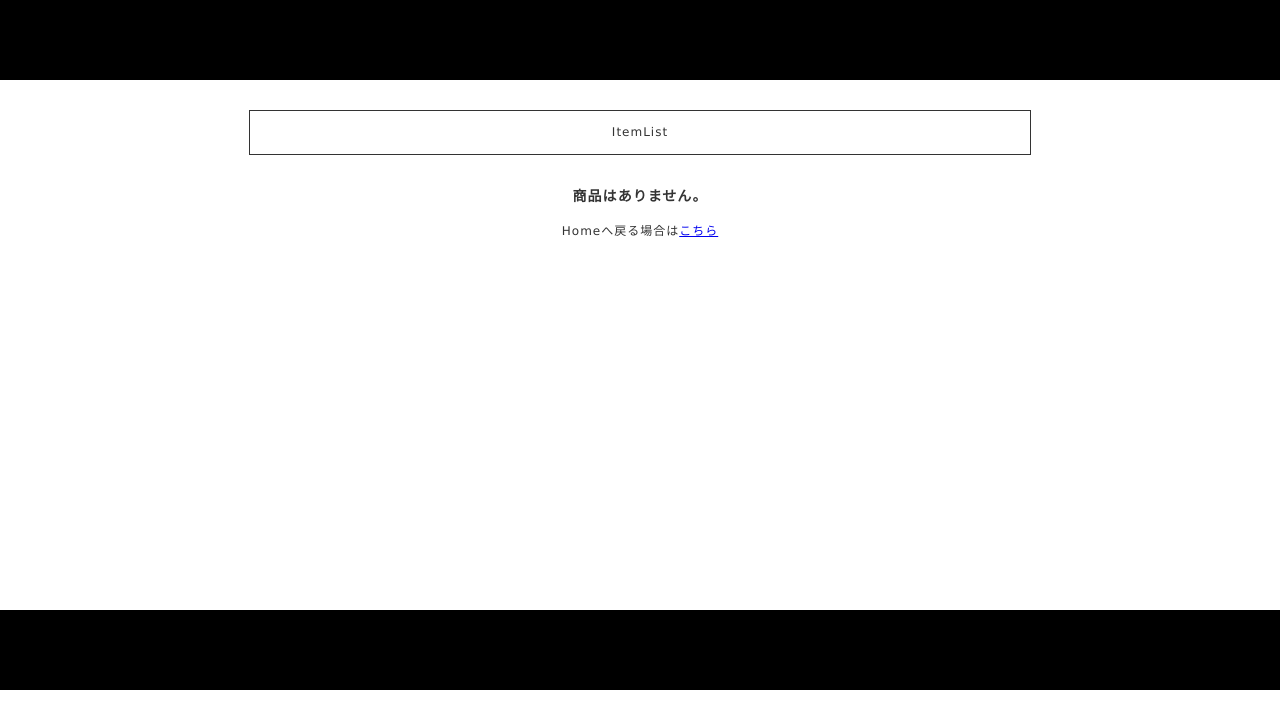
Repository: user-yo-yo/test
Page: http://localhost/ecsite/itemList.jsp
The author's editor kept a copy of each file at every save. The page is drawn from the files as they stood at one save, then again after the next save.
The browser window is 1280 px wide. The pictures show the whole page.
The page is served by Tomcat 9. Other server files are loaded and not shown.

Above is the page before, as saved 2019-03-14 04:23:27.

### ecsite/WebContent/itemList.jsp
<%@ page language="java" contentType="text/html; charset=UTF-8"
    pageEncoding="UTF-8"%>
<%@ taglib prefix="s" uri="/struts-tags"%>
<!DOCTYPE html>
<html>
<head>
<meta http-equiv="Content-Type" content="text/html; charset=UTF-8" />
<meta http-equiv="Content-Style-Type" content="text/css" />
<meta http-equiv="Content-Script-Type" content="text/javascript" />
<meta http-equiv="imagetoolbar" content="no" />
<meta name="description" content="" />
<meta name="keywords" content="" />
<title>ItemList画面</title>

<style type="text/css">
/* ========TAG LAYOUT======== */
body{
	margin:0;
	padding:0;
	line-height:1.6;
	letter-spacing:1px;
	font-family:Verdana,Helvetica,sans-serif;
	font-size:12px;
	color:#333;
	background:#fff;
}

table{
	text-align:center;
	margin:0 auto;
}

/* ========ID LAYOUT======== */
#top{
	width:780px;
	margin:30px auto;
	border:1px solid #333;
}

#header{
	width:100%;
	height:80px;
	background-color:black;
}

#main{
	width:100%;
	height:500px;
	text-align:center;
}

#footer{
	width:100%;
	height:80px;
	background-color:black;
	clear:both;
}

#text-center{
	display:inline-block;
	text-align:center;
}

</style>

</head>
<body>
	<div id="header">
		<div id="pr">
		</div>
	</div>

	<div id="main">
		<div id="top">
			<p>ItemList</p>
		</div>
		<div>
			<s:if test="itemList == null">
				<h3>商品はありません。</h3>
			</s:if>
			<s:elseif test="message == bull">
				<h3>商品情報は以下の通りです。</h3>
				<table border="1">
					<tr>
						<th>商品名</th>
						<th>在庫数</th>
						<th>価格</th>
					</tr>
					<s:iterator value="itemList">
						<tr>
							<td><s:property value="item_Name"/></td>
							<td><s:property value="item_stock"/>
								<span>個</span>
							</td>
							<td><s:property value="item_price"/>
								<span>円</span>
							</td>
						</tr>
					</s:iterator>
				</table>
				<s:form action="ItemListAction">
					<input type="hidden" name="deleteFlg" value="1">
					<s:submit value="削除" method="delete" />
				</s:form>
			</s:elseif>
			<s:if test="message != bull">
				<h3><s:property value="message" /></h3>
			</s:if>
			<div id="text-right">
				<p>Homeへ戻る場合は<a href='<s:url action="GoHomeAction" />'>こちら</a></p>
			</div>
		</div>
	</div>

	<div id="footer">
		<div id="pr">
		</div>
	</div>

</body>
</html>

After the next save:
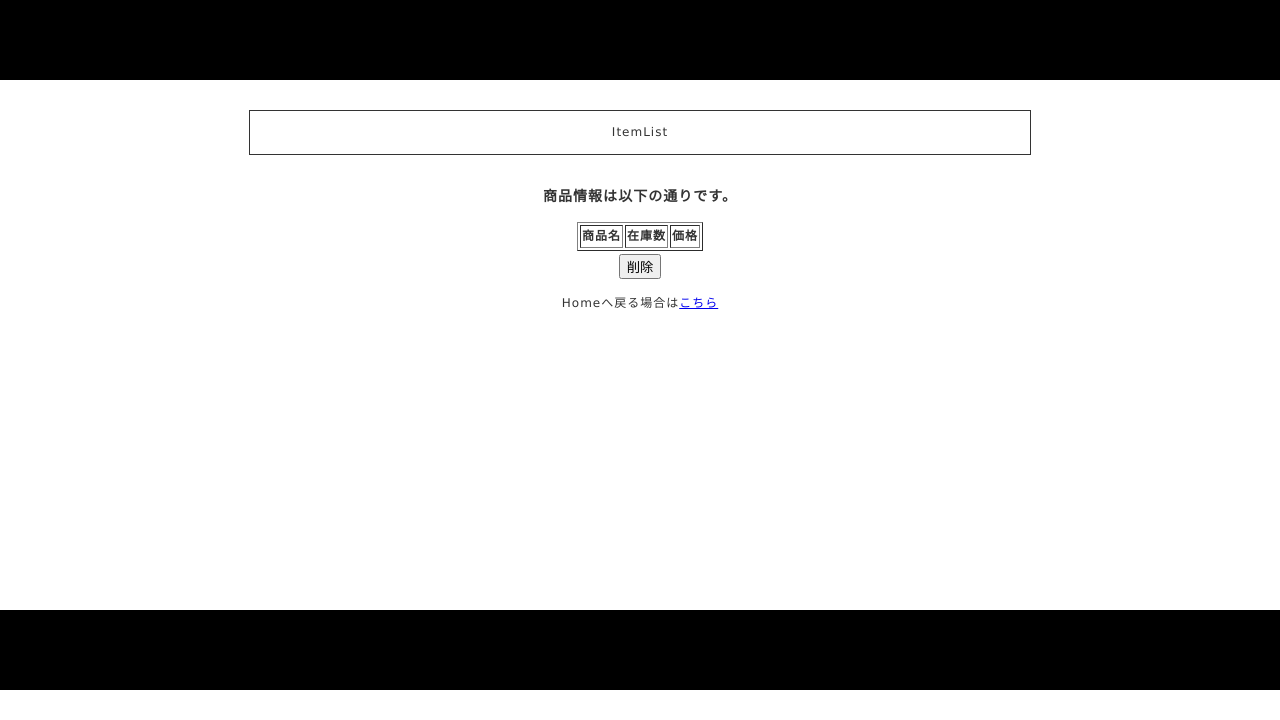
Saved 14 min 1 s later.
--- a/ecsite/WebContent/itemList.jsp
+++ b/ecsite/WebContent/itemList.jsp
@@ -75,10 +75,10 @@
 			<p>ItemList</p>
 		</div>
 		<div>
-			<s:if test="itemList == null">
-				<h3>商品はありません。</h3>
-			</s:if>
-			<s:elseif test="message == bull">
+<%-- 			<s:if test="itemList == null"> --%>
+<!-- 				<h3>商品はありません。</h3> -->
+<%-- 			</s:if> --%>
+<%-- 			<s:elseif test="message == bull"> --%>
 				<h3>商品情報は以下の通りです。</h3>
 				<table border="1">
 					<tr>
@@ -102,7 +102,7 @@
 					<input type="hidden" name="deleteFlg" value="1">
 					<s:submit value="削除" method="delete" />
 				</s:form>
-			</s:elseif>
+<%-- 			</s:elseif> --%>
 			<s:if test="message != bull">
 				<h3><s:property value="message" /></h3>
 			</s:if>
